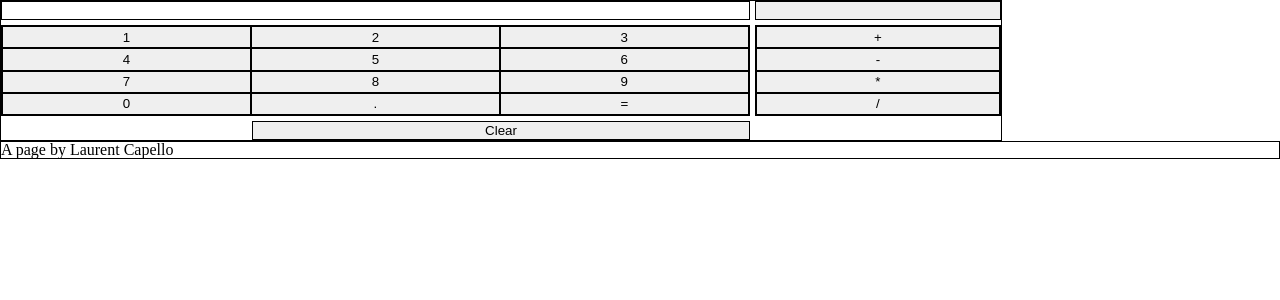
Repository: sokafootball/js-calculator
Page: index.html
The author's editor kept a copy of each file at every save. The page is drawn from the files as they stood at one save, then again after the next save.
The browser window is 1280 px wide. The pictures show the whole page.

Above is the page before, as saved 2020-04-26 12:31:30.

### index.html
<html>
<head>
  <link rel="stylesheet" type="text/css" href="reset.css">
  <link rel="stylesheet" type="text/css" href="style.css">
  <link rel="stylesheet" type="text/css" href="wireframe.css">
</head>
<body>
<main id="main">
  <div id="calculator">
    <p id="display"></p>
    <button id="backspace" class="button"></button>
    <div id="numpad">
      <button class="button">1</button>
      <button class="button">2</button>
      <button class="button">3</button>
      <button class="button">4</button>
      <button class="button">5</button>
      <button class="button">6</button>
      <button class="button">7</button>
      <button class="button">8</button>
      <button class="button">9</button>
      <button class="button">0</button>
      <button class="button">.</button>
      <button class="button">=</button>
    </div>
    <div id="operators">
      <button class="button">+</button>
      <button class="button">-</button>
      <button class="button">*</button>
      <button class="button">/</button>
    </div>
    <button id="clear-button" class="button">Clear</button>
  </div>
</main>
<footer>
  <p>A page by <span id="signature">Laurent Capello</span></p>
</footer>
<script type="text/javascript" src="script.js"></script>
</body>
</html>

### style.css
#backspace{
  grid-area: backspace;
}

#calc-top{
  margin-bottom: 40px;
}

#clear-button{
  grid-area: clear;
}

#display{
  grid-area: display;
}

#calculator{
  display: grid;
  gap: 5px 5px;
  grid-template-areas:
    "display display display backspace"
    "numpad numpad numpad operators"
    "numpad numpad numpad operators"
    "numpad numpad numpad operators"
    "numpad numpad numpad operators"
    ". clear clear .";
  grid-template-columns: repeat(4, 1fr);
  grid-template-rows: repeat(6, 1fr);
  width: 1000px;
}

#numpad{
  display: grid;
  grid-area: numpad;
  grid-template-columns: repeat(3, 1fr);
  grid-template-rows: repeat(4, 1fr);
}

#operators{
  display: flex;
  flex-direction: column;
  justify-content: space-evenly;
  grid-area: operators;
}

#operators button{
  flex-grow: 1;
}

### wireframe.css
button, div, p {
  border: 1px solid black;
}

Loaded but not shown: reset.css (common file); script.js (no copy from this time; the picture is the same without it)

After the next save:
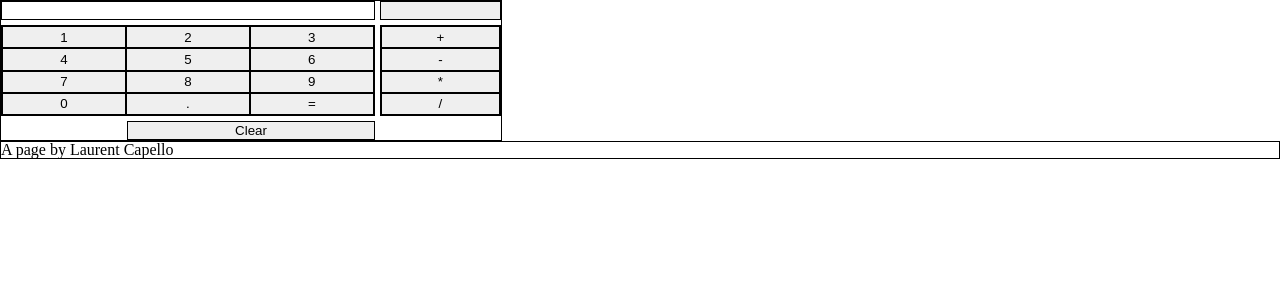
Saved 7 s later.
--- a/style.css
+++ b/style.css
@@ -26,7 +26,7 @@
     ". clear clear .";
   grid-template-columns: repeat(4, 1fr);
   grid-template-rows: repeat(6, 1fr);
-  width: 1000px;
+  width: 500px;
 }
 
 #numpad{
